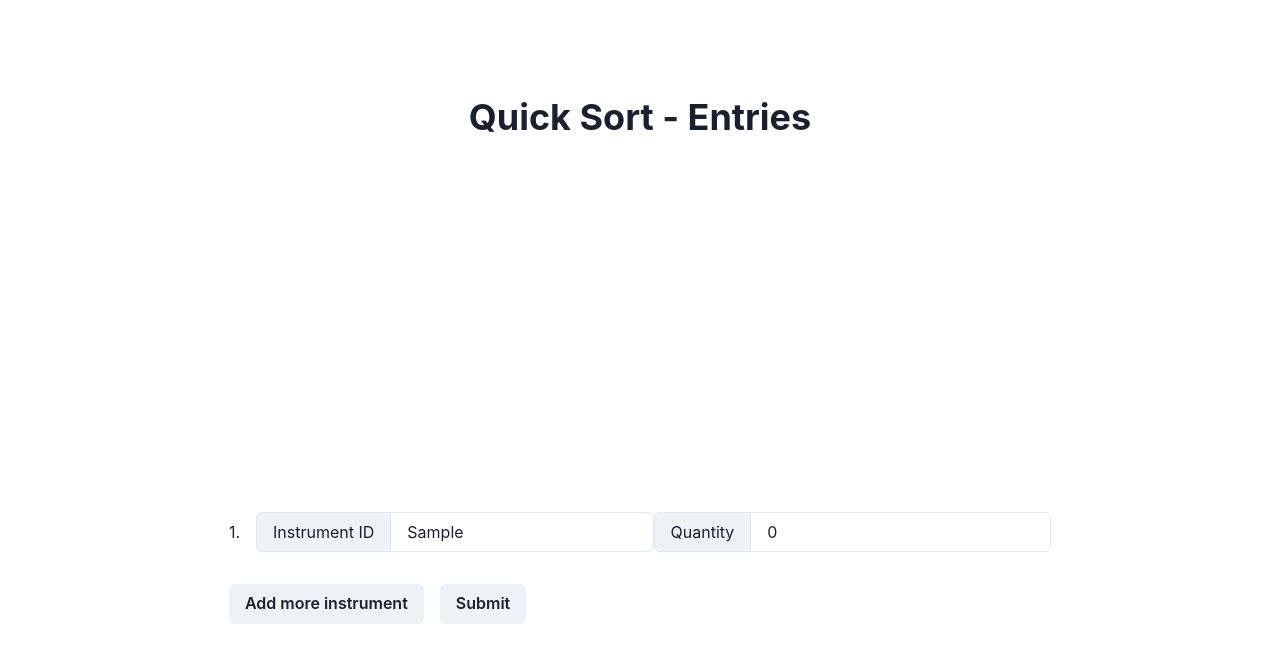
Repository: rohit-jindal18/stock-trailer
Page: /home
These files come from the project's save history. The page is drawn as it stood at one moment and after the next save; the edit follows.
The browser window is 1280 px wide. The pictures show the whole page.
The project was rebuilt for these pictures with package versions that can differ from the ones it lists, and the page was loaded fresh each time. The framework's server and built-in components were replaced by stand-ins that run in the browser. Also part of the build but not shown: next.config.js.

Above is the page before, as saved 2023-03-14 15:05:29.

### src/pages/_app.tsx
import '@stock-trailer/styles/globals.css'
import { ChakraProvider } from '@chakra-ui/react'
import type { AppProps } from 'next/app'

export default function App({ Component, pageProps }: AppProps) {
  return (
    <ChakraProvider>
      <Component {...pageProps} />
    </ChakraProvider>
  )
}

### src/pages/home.tsx
import { Box, Button, Heading, Input, InputGroup, InputLeftAddon, Text } from '@chakra-ui/react'
import styles from '@stock-trailer/styles/Home.module.css'
import { IInstrumentInfo } from '@stock-trailer/types'
import { Inter } from 'next/font/google'
import Head from 'next/head'
import { useState } from 'react'

const inter = Inter({ subsets: ['latin'] })

export default function Authorize() {
  const [instruments, setInstruments] = useState<IInstrumentInfo[]>([{
    id: 'Sample',
    qty: 0
  }]);

  const addMoreInstrument = () => {
    const newInstruments = [...instruments, {
      id: 'Sample',
      qty: 0
    }]
    setInstruments(newInstruments);
  }
  return (
    <>
      <Head>
        <title>Stock - Trailer</title>
        <meta name="description" content="Generated by create next app" />
        <meta name="viewport" content="width=device-width, initial-scale=1" />
        <link rel="icon" href="/favicon.ico" />
      </Head>
      <main className={styles.main}>
        <div className={styles.description}>
          <Heading>Quick Sort - Entries</Heading>
        </div>
        <Box>
          {
            instruments.map((instrument, index) => {
              return (
                <Box marginY={'16px'} display={'flex'} alignItems='center' key={`qs-${index}`} >
                  <Text mr={'16px'}>{index + 1}.</Text>
                  <InputGroup>
                    <InputLeftAddon children='Instrument ID' />
                    <Input placeholder='Enter' title='Instrument Id' display={'Instrument Id'} value={instrument.id} onChange={(event) => {
                      const newInstruments = [
                        ...instruments
                      ]
                      newInstruments[index].id = event.target.value
                      setInstruments(newInstruments);
                    }} />
                  </InputGroup>
                  <InputGroup>
                    <InputLeftAddon children='Quantity' />
                    <Input placeholder='Enter' value={instrument.qty} onChange={(event) => {
                      const newInstruments = [
                        ...instruments
                      ]
                      newInstruments[index].qty = +event.target.value
                      setInstruments(newInstruments);
                    }} />
                  </InputGroup>
                </Box>
              );
            })
          }
          <Box>
            <Button mr={'16px'} variant={'solid'} mt={'16px'} onClick={addMoreInstrument}>Add more instrument</Button>
            <Button variant={'solid'} mt={'16px'}>Submit</Button>
          </Box>
        </Box>
      </main>
    </>
  )
}

### src/styles/Home.module.css
.main {
  display: flex;
  flex-direction: column;
  justify-content: space-between;
  align-items: center;
  padding: 6rem;
  min-height: 100vh;
}

.description {
  display: flex;
  justify-content: center;
  align-items: center;
  height: 100%;
  font-size: 0.85rem;
  max-width: var(--max-width);
  width: 100%;
  z-index: 2;
  font-family: var(--font-mono);
}

.description a {
  display: flex;
  justify-content: center;
  align-items: center;
  gap: 0.5rem;
}

.description p {
  position: relative;
  margin: 0;
  padding: 1rem;
  background-color: rgba(var(--callout-rgb), 0.5);
  border: 1px solid rgba(var(--callout-border-rgb), 0.3);
  border-radius: var(--border-radius);
}

.code {
  font-weight: 700;
  font-family: var(--font-mono);
}

.grid {
  display: grid;
  grid-template-columns: repeat(4, minmax(25%, auto));
  width: var(--max-width);
  max-width: 100%;
}

.card {
  padding: 1rem 1.2rem;
  border-radius: var(--border-radius);
  background: rgba(var(--card-rgb), 0);
  border: 1px solid rgba(var(--card-border-rgb), 0);
  transition: background 200ms, border 200ms;
}

.card span {
  display: inline-block;
  transition: transform 200ms;
}

.card h2 {
  font-weight: 600;
  margin-bottom: 0.7rem;
}

.card p {
  margin: 0;
  opacity: 0.6;
  font-size: 0.9rem;
  line-height: 1.5;
  max-width: 30ch;
}

.center {
  display: flex;
  justify-content: center;
  align-items: center;
  position: relative;
  padding: 4rem 0;
}

.center::before {
  background: var(--secondary-glow);
  border-radius: 50%;
  width: 480px;
  height: 360px;
  margin-left: -400px;
}

.center::after {
  background: var(--primary-glow);
  width: 240px;
  height: 180px;
  z-index: -1;
}

.center::before,
.center::after {
  content: '';
  left: 50%;
  position: absolute;
  filter: blur(45px);
  transform: translateZ(0);
}

.logo,
.thirteen {
  position: relative;
}

.thirteen {
  display: flex;
  justify-content: center;
  align-items: center;
  width: 75px;
  height: 75px;
  padding: 25px 10px;
  margin-left: 16px;
  transform: translateZ(0);
  border-radius: var(--border-radius);
  overflow: hidden;
  box-shadow: 0px 2px 8px -1px #0000001a;
}

.thirteen::before,
.thirteen::after {
  content: '';
  position: absolute;
  z-index: -1;
}

/* Conic Gradient Animation */
.thirteen::before {
  animation: 6s rotate linear infinite;
  width: 200%;
  height: 200%;
  background: var(--tile-border);
}

/* Inner Square */
.thirteen::after {
  inset: 0;
  padding: 1px;
  border-radius: var(--border-radius);
  background: linear-gradient(
    to bottom right,
    rgba(var(--tile-start-rgb), 1),
    rgba(var(--tile-end-rgb), 1)
  );
  background-clip: content-box;
}

/* Enable hover only on non-touch devices */
@media (hover: hover) and (pointer: fine) {
  .card:hover {
    background: rgba(var(--card-rgb), 0.1);
    border: 1px solid rgba(var(--card-border-rgb), 0.15);
  }

  .card:hover span {
    transform: translateX(4px);
  }
}

@media (prefers-reduced-motion) {
  .thirteen::before {
    animation: none;
  }

  .card:hover span {
    transform: none;
  }
}

/* Mobile */
@media (max-width: 700px) {
  .content {
    padding: 4rem;
  }

  .grid {
    grid-template-columns: 1fr;
    margin-bottom: 120px;
    max-width: 320px;
    text-align: center;
  }

  .card {
    padding: 1rem 2.5rem;
  }

  .card h2 {
    margin-bottom: 0.5rem;
  }

  .center {
    padding: 8rem 0 6rem;
  }

  .center::before {
    transform: none;
    height: 300px;
  }

  .description {
    font-size: 0.8rem;
  }

  .description a {
    padding: 1rem;
  }

  .description p,
  .description div {
    display: flex;
    justify-content: center;
    position: fixed;
    width: 100%;
  }

  .description p {
    align-items: center;
    inset: 0 0 auto;
    padding: 2rem 1rem 1.4rem;
    border-radius: 0;
    border: none;
    border-bottom: 1px solid rgba(var(--callout-border-rgb), 0.25);
    background: linear-gradient(
      to bottom,
      rgba(var(--background-start-rgb), 1),
      rgba(var(--callout-rgb), 0.5)
    );
    background-clip: padding-box;
    backdrop-filter: blur(24px);
  }

  .description div {
    align-items: flex-end;
    pointer-events: none;
    inset: auto 0 0;
    padding: 2rem;
    height: 200px;
    background: linear-gradient(
      to bottom,
      transparent 0%,
      rgb(var(--background-end-rgb)) 40%
    );
    z-index: 1;
  }
}

/* Tablet and Smaller Desktop */
@media (min-width: 701px) and (max-width: 1120px) {
  .grid {
    grid-template-columns: repeat(2, 50%);
  }
}

@media (prefers-color-scheme: dark) {
  .vercelLogo {
    filter: invert(1);
  }

  .logo,
  .thirteen img {
    filter: invert(1) drop-shadow(0 0 0.3rem #ffffff70);
  }
}

@keyframes rotate {
  from {
    transform: rotate(360deg);
  }
  to {
    transform: rotate(0deg);
  }
}

Loaded but not shown: src/pages/_document.tsx (common file); src/styles/globals.css (common file)

After the next save:
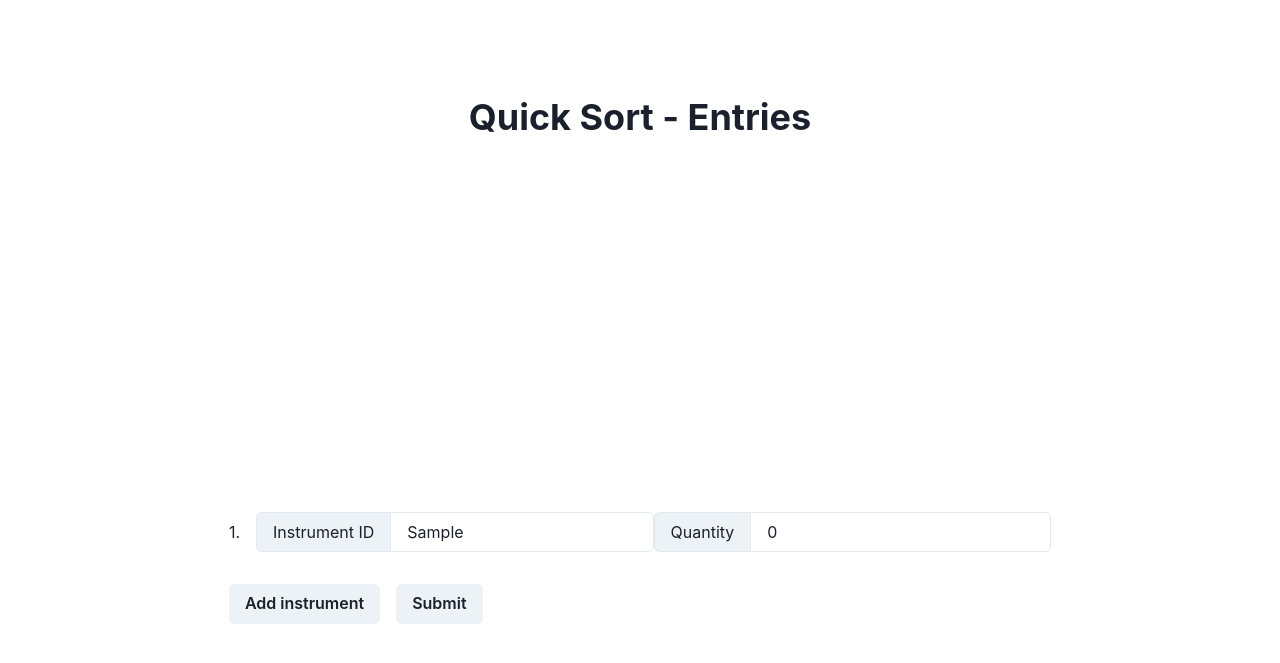
Saved 13 s later.
--- a/src/pages/home.tsx
+++ b/src/pages/home.tsx
@@ -63,7 +63,7 @@ export default function Authorize() {
             })
           }
           <Box>
-            <Button mr={'16px'} variant={'solid'} mt={'16px'} onClick={addMoreInstrument}>Add more instrument</Button>
+            <Button mr={'16px'} variant={'solid'} mt={'16px'} onClick={addMoreInstrument}>Add instrument</Button>
             <Button variant={'solid'} mt={'16px'}>Submit</Button>
           </Box>
         </Box>
